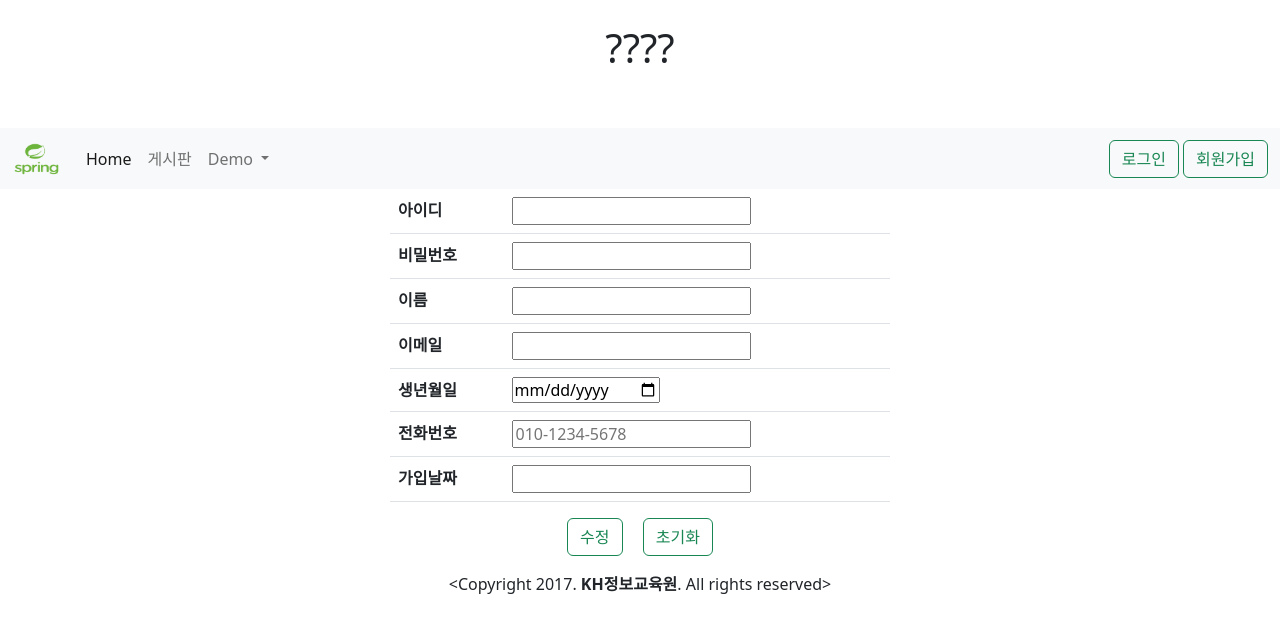
Repository: yerimeee/06_springWork
Page: http://localhost/springProject/WEB-INF/views/member/memberDetail.jsp
An editor plug-in stored every save of this project. The page is shown before and after the next save, followed by the edit.
The browser window is 1280 px wide. The pictures show the whole page.
The page is served by Tomcat 9. Nobody is signed in. Other server files are loaded and not shown. The template is opened directly, without the code that normally fills it, so the values that code supplies are empty.

Above is the page before, as saved 2023-06-15 06:37:08.

### springProject/src/main/webapp/WEB-INF/views/member/memberDetail.jsp
<%@ page language="java" contentType="text/html; charset=UTF-8"
    pageEncoding="UTF-8"%>

<style>
	#container{width:500px; margin:auto;}
</style>
<jsp:include page="/WEB-INF/views/common/header.jsp">
	<jsp:param value="회원정보" name="title"/>
</jsp:include>
	<div id="container">
		<form action="${pageContext.request.contextPath}/member/memberUpdate.me" method="post" name="memInfofrm">
			<table class="table">
				<tr>
					<th scope="col">아이디</th>
					<td scope="col">
						<input name="userId" readonly>
					</td>
				</tr>
				<tr>
					<th scope="col">비밀번호</th>
					<td scope="col">
						<input type="password" name="userPwd">
					</td>
				</tr>
				<tr>
					<th scope="col">이름</th>
					<td scope="col">
						<input name="userName" readonly>
					</td>
				</tr>
					<tr>
					<th scope="col">이메일</th>
					<td scope="col">
						<input type="email" name="email">
					</td>
				</tr>
					<tr>
					<th scope="col">생년월일</th>
					<td scope="col">
						<input type="date" name="birthday">
					</td>
				</tr>
				<tr>
					<th scope="col">전화번호</th>
					<td scope="col">
						<input name="phone" placeholder="010-1234-5678">
					</td>
				</tr>
				<tr>
					<th scope="col">가입날짜</th>
					<td scope="col">
						<input name="createDate" required>
					</td>
				</tr>
			</table>
			<button class="btn btn-outline-success" type="submit" >수정</button>&emsp;
			<button class="btn btn-outline-success" type="reset">초기화</button>
		</form>
	</div>
<jsp:include page="/WEB-INF/views/common/footer.jsp" />

### springProject/src/main/webapp/WEB-INF/views/common/header.jsp
<%@ page language="java" contentType="text/html; charset=UTF-8"
    pageEncoding="UTF-8"%>
<%@ taglib prefix="c" uri="http://java.sun.com/jsp/jstl/core" %>
<%@ taglib prefix="fmt" uri="http://java.sun.com/jsp/jstl/fmt" %>
<%@ taglib prefix="fn" uri="http://java.sun.com/jsp/jstl/functions" %>
<!DOCTYPE html>
<html>
<head>
<meta charset="UTF-8">

<title>${param.title }</title> <!-- input form은 request. 으로 받고 param으로 들어온 건 param으로 받음 -->

<script src="https://ajax.googleapis.com/ajax/libs/jquery/3.6.3/jquery.min.js"></script>
<link href="https://cdn.jsdelivr.net/npm/bootstrap@5.2.3/dist/css/bootstrap.min.css" rel="stylesheet" integrity="sha384-rbsA2VBKQhggwzxH7pPCaAqO46MgnOM80zW1RWuH61DGLwZJEdK2Kadq2F9CUG65" crossorigin="anonymous">
<link rel="stylesheet" href="${pageContext.request.contextPath}/resources/css/style.css">

<!-- DB에 저장이 잘 되었다면 alert창 띄우기 -->
<c:if test="${not empty msg }">
	<script type="text/javascript">
		alert('${msg}');
	</script>
</c:if>

</head>
<body>
	<script src="https://cdn.jsdelivr.net/npm/bootstrap@5.2.3/dist/js/bootstrap.bundle.min.js" integrity="sha384-kenU1KFdBIe4zVF0s0G1M5b4hcpxyD9F7jL+jjXkk+Q2h455rYXK/7HAuoJl+0I4" crossorigin="anonymous"></script>

	<header>
		<br>
		<h1 align="center">${param.title }</h1>
		<br><br>
		<nav class="navbar navbar-expand-lg bg-light">
		  <div class="container-fluid">
		    <a class="navbar-brand" href="#">
		    	<img src="${pageContext.request.contextPath}/resources/img/spring.png" alt="spring" width="50" height="35">
		    </a>
		    <button class="navbar-toggler" type="button" data-bs-toggle="collapse" data-bs-target="#navbarSupportedContent" aria-controls="navbarSupportedContent" aria-expanded="false" aria-label="Toggle navigation">
		      <span class="navbar-toggler-icon"></span>
		    </button>
		    <div class="collapse navbar-collapse" id="navbarSupportedContent">
		      <ul class="navbar-nav me-auto mb-2 mb-lg-0">
		        <li class="nav-item">
		          <a class="nav-link active" aria-current="page" href="#">Home</a>
		        </li>
		        <li class="nav-item">
		          <a class="nav-link" href="#">게시판</a>
		        </li>
		        <li class="nav-item dropdown">
		          <a class="nav-link dropdown-toggle" href="#" role="button" data-bs-toggle="dropdown" aria-expanded="false">
		            Demo
		          </a>
		          <ul class="dropdown-menu">
		            <li><a class="dropdown-item" href="${pageContext.request.contextPath}/demo/devForm.do">Demo등록</a></li>
		            <li><a class="dropdown-item" href="${pageContext.request.contextPath}/demo/devList.do">Demo목록</a></li>
		          </ul>
		        </li>
		      </ul>
		      <%-- <button class="btn btn-outline-success" type="button" onclick="location.href='${pageContext.request.contextPath}/member/memberLogin.me'">로그인</button>&nbsp;--%>
		      																						<!-- 경로 이렇게 설정하면 get방식이 됨 -->

		    <!-- 로그인이 되어있지 않으면 로그인창 -->
		      <c:if test="${empty loginMember }">
		      	<button class="btn btn-outline-success" type="button"
		      		data-bs-toggle="modal" data-bs-target="#loginModal">로그인</button>&nbsp;
		      	<!-- 토글은 한 번 눌렀으면 보여지고 다시 누르면 안 보이는 기능인데 모달 창에서 버튼을 누르면 다른 모달창으로 넘어갈 수 있게 구현한 것임 -->
		      	<button class="btn btn-outline-success" type="button"
		      		onclick="location.href='${pageContext.request.contextPath}/member/memberEnroll.me'">회원가입</button>
		      	<!-- onclikc locatio.href으로 했으니 get방식이 됨 -->
		      </c:if>

		      <!-- 로그인이 되었으면 -->
		      <c:if test="${not empty loginMember }">
		      	<a href="${pageContext.request.contextPath }/member/memberDetail.me">${loginMember.userName }님 로그인 되었습니다</a>&emsp;
		      	<button class="btn btn-outline-success" type="button"
		      		onclick="location.href='${pageContext.request.contextPath}/member/memberLogout.me'">로그아웃</button>
		      </c:if>
		    </div>
		  </div>
		</nav>

		<!-- 로그인 모달창 -->
		<div class="modal" tabindex="-1" id="loginModal">
		  <div class="modal-dialog">
		    <div class="modal-content">
		      <div class="modal-header">
		        <h5 class="modal-title">로그인</h5>
		        <button type="button" class="btn-close" data-bs-dismiss="modal" aria-label="Close"></button>
		      </div>

		      <form action="${pageContext.request.contextPath }/member/memberLogin.me" method="post">
			      <div class="modal-body">
					<div class="mb-3 row">
						<label for="name" class="col-sm-2 col-form-label">ID</label>
						<div class="col-sm-10">
							<input type="text" class="form-control" name="userId" required>
						</div>
					</div>
						<div class="mb-3 row">
							<label for="career" class="col-sm-2 col-form-label">PW</label>
							<div class="col-sm-10">
								<input type="password" class="form-control" name="userPwd" required>
							</div>
						</div>
			      </div>

		      <div class="modal-footer">
		        <button type="button" class="btn btn-secondary" data-bs-dismiss="modal">닫기</button>
		        <button type="submit" class="btn btn-primary" data-bs-dismiss="modal">로그인</button>
		      </div>
		      </form>
		    </div>
		  </div>
		</div>
	</header>
	<section>

</body>
</html>

### springProject/src/main/webapp/WEB-INF/views/common/footer.jsp
<%@ page language="java" contentType="text/html; charset=UTF-8"
    pageEncoding="UTF-8"%>

	</section>
	<footer>
		<p>&lt;Copyright 2017. <strong>KH정보교육원</strong>. All rights reserved&gt;</p>
	</footer>

	</body>
</html>

### springProject/src/main/webapp/resources/css/style.css
@charset "UTF-8";

h1 {text-align:center;}
section {text-align:center;}
footer {text-align:center;}

After the next save:
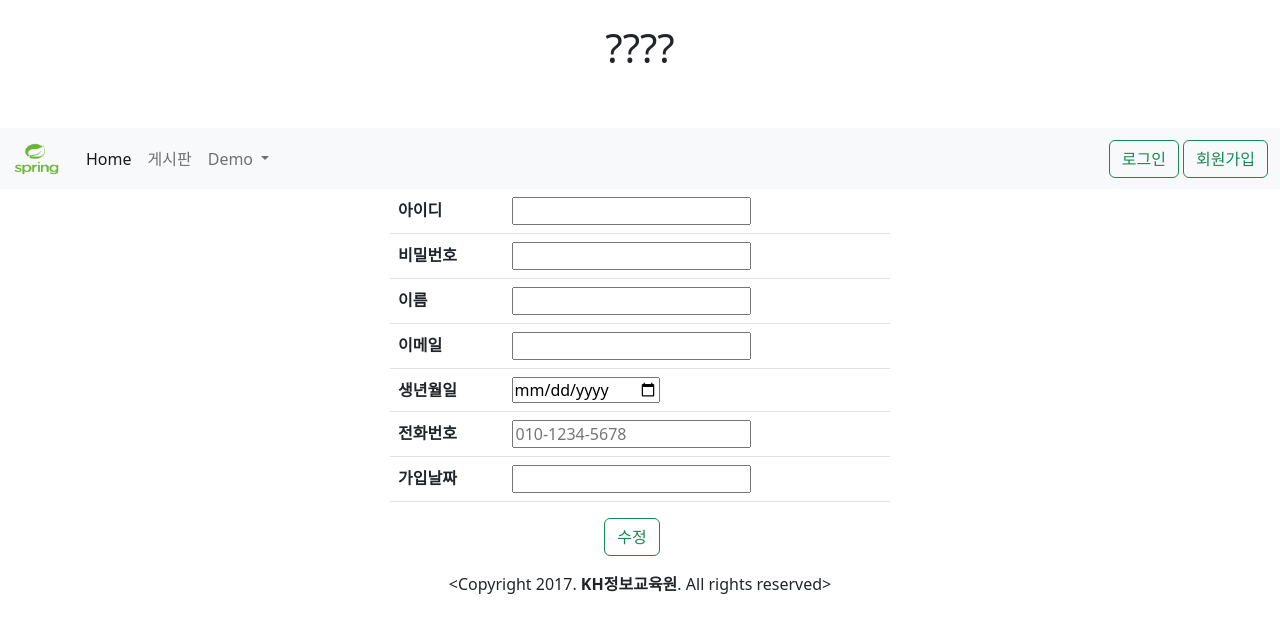
Saved 50 s later.
--- a/springProject/src/main/webapp/WEB-INF/views/member/memberDetail.jsp
+++ b/springProject/src/main/webapp/WEB-INF/views/member/memberDetail.jsp
@@ -54,7 +54,6 @@
 				</tr>
 			</table>
 			<button class="btn btn-outline-success" type="submit" >수정</button>&emsp;
-			<button class="btn btn-outline-success" type="reset">초기화</button>
 		</form>
 	</div>
 <jsp:include page="/WEB-INF/views/common/footer.jsp" />
